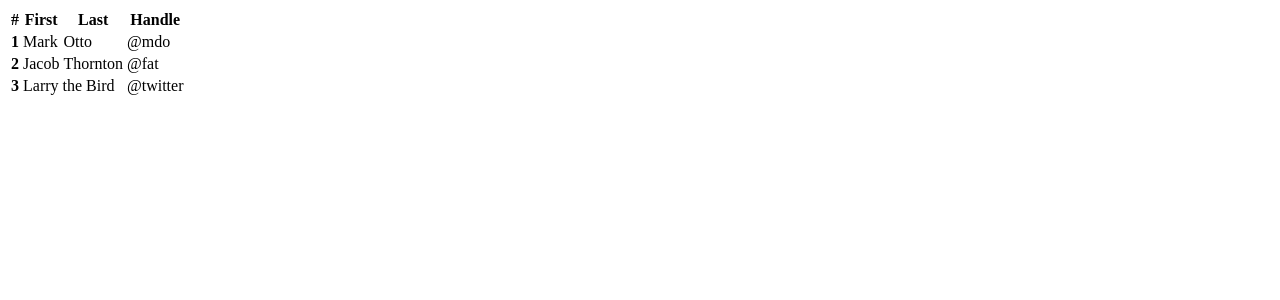
Repository: ThuatDev/BTVN_FE_JUNE
Page: index.html
These files come from the project's save history. The page is drawn as it stood at one moment and after the next save; the edit follows.
The browser window is 1280 px wide. The pictures show the whole page.

Above is the page before, as saved 2023-08-02 15:09:31.

### index.html
<!DOCTYPE html>
<html lang="en">
  <head>
    <meta charset="UTF-8" />
    <meta name="viewport" content="width=device-width, initial-scale=1.0" />
    <title>Document</title>
  </head>
  <body>
    <table class="table text-white table-bordered bg-dark">
      <thead>
        <tr>
          <th scope="col">#</th>
          <th scope="col">First</th>
          <th scope="col">Last</th>
          <th scope="col">Handle</th>
        </tr>
      </thead>
      <tbody>
        <tr>
          <th scope="row">1</th>
          <td>Mark</td>
          <td>Otto</td>
          <td>@mdo</td>
        </tr>
        <tr>
          <th scope="row">2</th>
          <td>Jacob</td>
          <td>Thornton</td>
          <td>@fat</td>
        </tr>
        <tr>
          <th scope="row">3</th>
          <td colspan="2">Larry the Bird</td>
          <td>@twitter</td>
        </tr>
      </tbody>
    </table>
  </body>
</html>

After the next save:
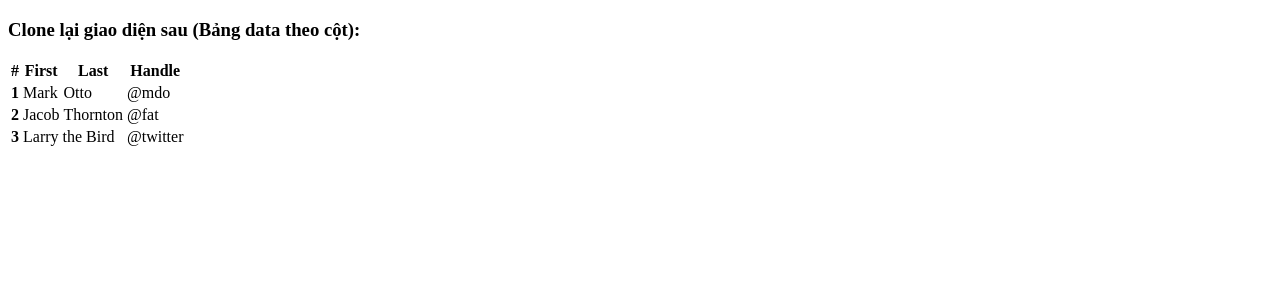
Saved 29 s later.
--- a/index.html
+++ b/index.html
@@ -6,6 +6,7 @@
     <title>Document</title>
   </head>
   <body>
+    <h3>Clone lại giao diện sau (Bảng data theo cột):</h3>
     <table class="table text-white table-bordered bg-dark">
       <thead>
         <tr>
